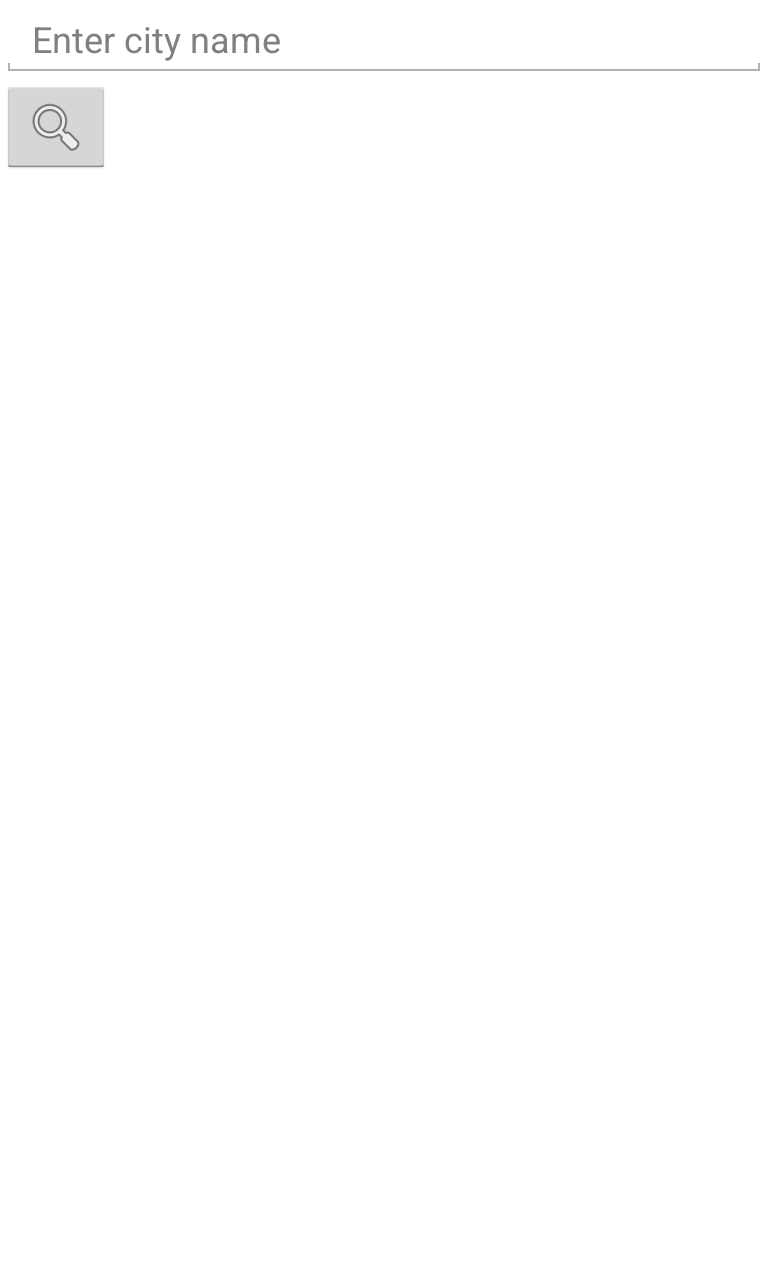
Repository: sandeshshetty/TravelZeus
Layout: TravelZeus/res/layout/fragment_home.xml
The author's editor kept a copy of each file at every save. The layout is drawn from the files as they stood at one save, then again after the next save.
It is drawn on a 768 x 1280 px phone screen (xhdpi) without system bars, with theme AppTheme; the app's code is not run.

Above is the layout before, as saved 2015-05-16 11:07:00.

### TravelZeus/res/layout/fragment_home.xml
<?xml version="1.0" encoding="utf-8"?>
<LinearLayout xmlns:android="http://schemas.android.com/apk/res/android"
    android:layout_width="match_parent"
    android:layout_height="match_parent"
    android:orientation="vertical" >

    <LinearLayout
        android:layout_width="match_parent"
        android:layout_height="wrap_content"
        android:orientation="vertical">

        <EditText
        	android:id="@+id/homeSearchBar"
        	android:paddingLeft="16dp"
        	android:layout_width="match_parent"
        	android:layout_height="wrap_content"
        	android:hint="@string/home_search" />

        <ImageButton
            android:src="@android:drawable/ic_menu_search"
            android:id="@+id/homeSearchButton"
            android:layout_width="wrap_content"
            android:layout_height="wrap_content"
            />


    </LinearLayout>



</LinearLayout>

### TravelZeus/res/values/strings.xml
<?xml version="1.0" encoding="utf-8"?>
<resources>

    <string name="app_name">Travel Zeus</string>
    <string name="hello_world">Hello world!</string>
    <string name="action_settings">Settings</string>
    <string name="home_search">Enter city name</string>

</resources>

Loaded but not shown: TravelZeus/res/values/styles.xml (common file); TravelZeus/res/values-v11/styles.xml (common file); TravelZeus/res/values-v14/styles.xml (common file)

After the next save:
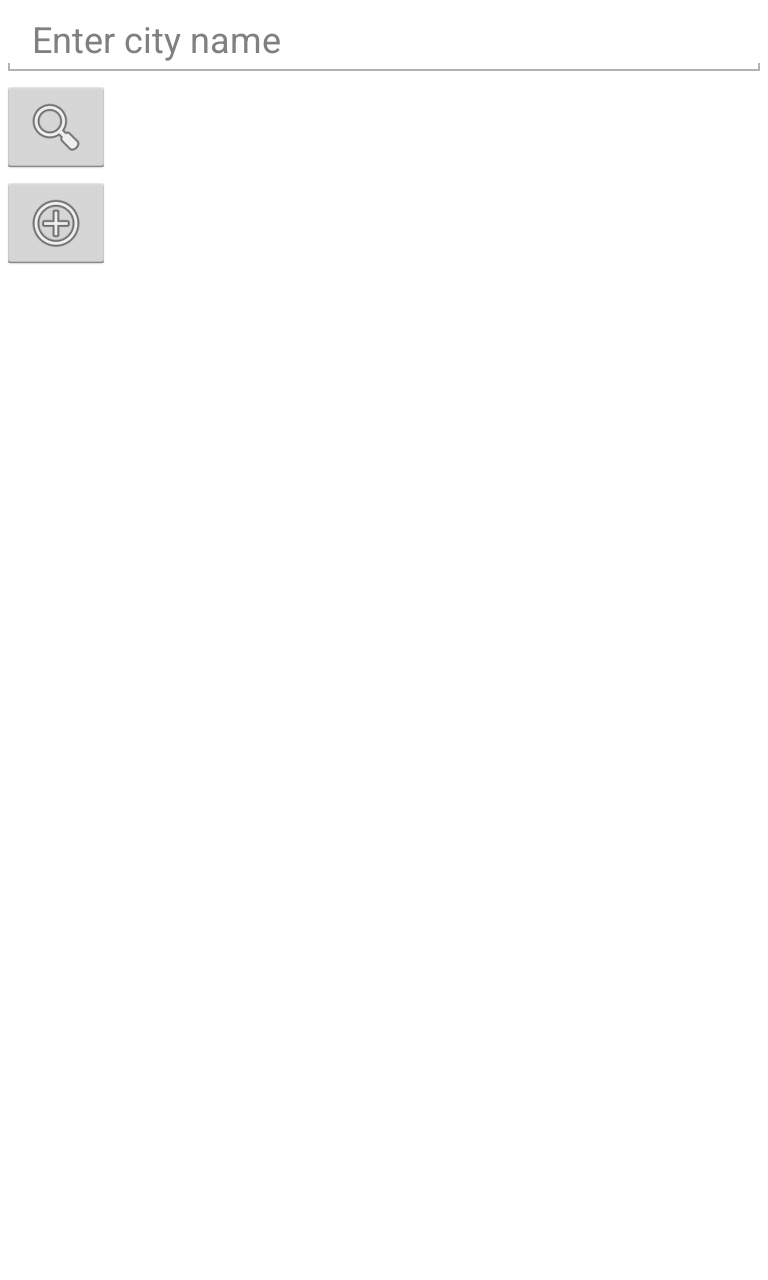
Saved 4 min 22 s later.
--- a/TravelZeus/res/layout/fragment_home.xml
+++ b/TravelZeus/res/layout/fragment_home.xml
@@ -26,6 +26,12 @@
 
     </LinearLayout>
 
-
+    <ImageButton
+        android:src="@android:drawable/ic_menu_add"
+        android:id="@+id/homeAddButton"
+        android:layout_width="wrap_content"
+        android:layout_height="wrap_content"
+        android:layout_marginBottom="20dp"
+        android:layout_marginRight="24dp"/>
 
 </LinearLayout>
